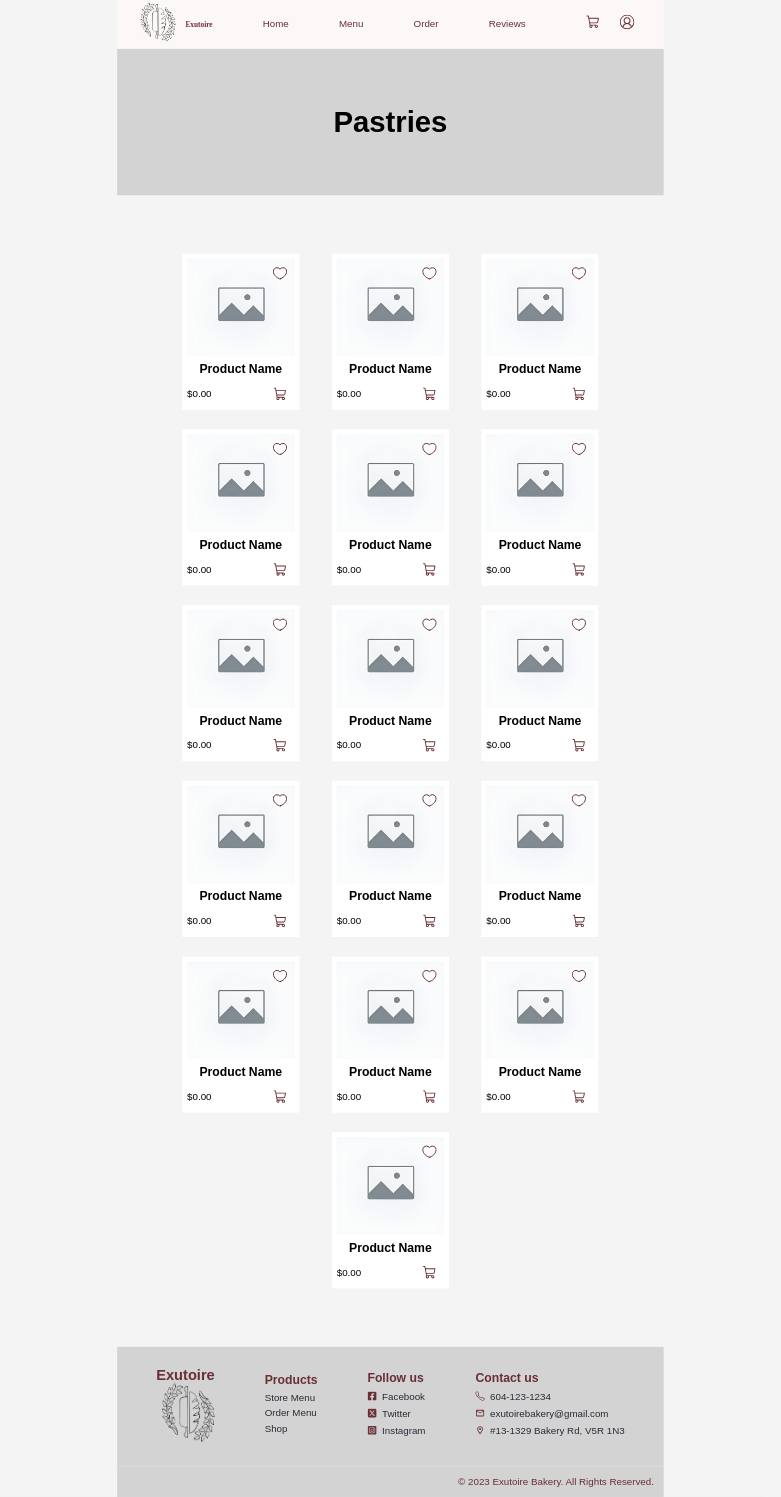
Repository: MelissaJacobi/COMP3170-final-proj
Page: /menu/seasonal
An editor plug-in stored every save of this project. The page is shown before and after the next save, followed by the edit.
The browser window is 1280 px wide. The pictures show the whole page, at 61% of full size.
The project was rebuilt for these pictures with package versions that can differ from the ones it lists, and the page was loaded fresh each time. Also part of the build but not shown: vite.config.js, src/pages/ShoppingCart.module.css, src/components/ShoppingCartCard.module.css, src/components/ShoppingCartCard.jsx, src/components/OrderTotal.jsx, src/pages/ShoppingCart.jsx, src/pages/Profile.module.css, src/pages/Profile.jsx and 35 more.

Above is the page before, as saved 2024-11-11 11:26:50.

After the next save:
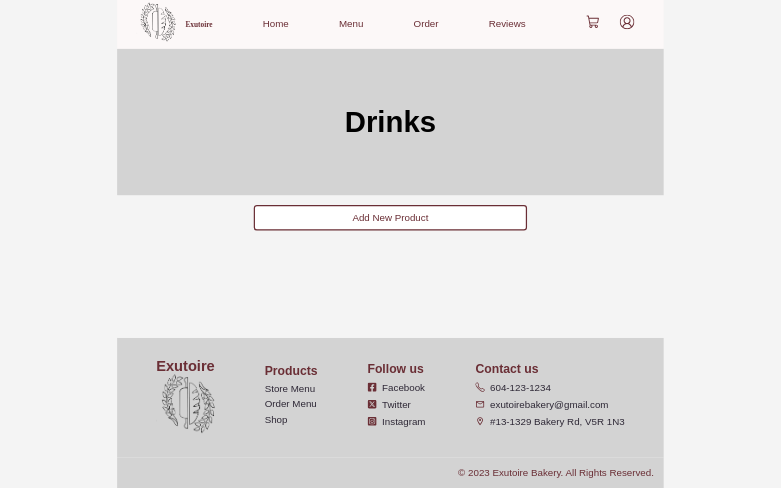
Saved 4 min 26 s later.
--- a/src/pages/Seasonal.jsx
+++ b/src/pages/Seasonal.jsx
@@ -1,31 +1,104 @@
+import { useState, useEffect } from "react";
 import Product from "../components/Product";
-import styles from "./Bread.module.css"
+import styles from "./Bread.module.css";
 
 export default function Seasonal() {
-    return (
-      <div className={styles.container}>
-        <div className={styles.banner}>
-            <h1>Pastries</h1>
-        </div>
-        <div className={styles.products}>
-            <Product />
-            <Product />
-            <Product />
-            <Product />
-            <Product />
-            <Product />
-            <Product />
-            <Product />
-            <Product />
-            <Product />
-            <Product />
-            <Product />
-            <Product />
-            <Product />
-            <Product />
-            <Product />
-        </div>
+  const [products, setProducts] = useState([]);
+  const [productName, setProductName] = useState("");
+  const [productPrice, setProductPrice] = useState("");
+  const [productDescription, setProductDescription] = useState("");
+  const [productImageUrl, setProductImageUrl] = useState("");
+  const [showForm, setShowForm] = useState(false);
 
+  // Load drinks products from localStorage on component mount
+  useEffect(() => {
+    const storedProducts = localStorage.getItem("seasonalProducts");
+    if (storedProducts) {
+      setProducts(JSON.parse(storedProducts));
+    }
+  }, []);
+
+  const handleAddProduct = (e) => {
+    e.preventDefault();
+    if (productName.trim() && productPrice.trim() && productDescription.trim() && productImageUrl.trim()) {
+      const newProduct = {
+        name: productName,
+        price: productPrice,
+        description: productDescription,
+        imageUrl: productImageUrl
+      };
+
+      const updatedProducts = [...products, newProduct];
+      setProducts(updatedProducts);
+
+      // Save to localStorage with the unique "drinksProducts" key
+      localStorage.setItem("seasonalProducts", JSON.stringify(updatedProducts));
+
+      setProductName("");
+      setProductPrice("");
+      setProductDescription("");
+      setProductImageUrl("");
+    }
+  };
+
+  const toggleFormVisibility = () => {
+    setShowForm((prevShowForm) => !prevShowForm);
+  };
+
+  return (
+    <div className={styles.container}>
+      <div className={styles.banner}>
+        <h1>Drinks</h1>
       </div>
-    );
-  }
+
+      <button onClick={toggleFormVisibility} className={styles.toggleFormButton}>
+        {showForm ? "Hide Form" : "Add New Product"}
+      </button>
+
+      {showForm && (
+        <form onSubmit={handleAddProduct} className={styles.addProductForm}>
+          <input
+            type="text"
+            value={productName}
+            onChange={(e) => setProductName(e.target.value)}
+            placeholder="Enter product name"
+            className={styles.productInput}
+          />
+          <input
+            type="text"
+            value={productPrice}
+            onChange={(e) => setProductPrice(e.target.value)}
+            placeholder="Enter product price"
+            className={styles.productInput}
+          />
+          <input
+            type="text"
+            value={productImageUrl}
+            onChange={(e) => setProductImageUrl(e.target.value)}
+            placeholder="Enter image URL"
+            className={styles.productInput}
+          />
+          <textarea
+            value={productDescription}
+            onChange={(e) => setProductDescription(e.target.value)}
+            placeholder="Enter product description"
+            className={styles.productInput}
+          />
+          <button type="submit" className={styles.addButton}>Add Product</button>
+        </form>
+      )}
+
+      <div className={styles.products}>
+        {products.map((product, index) => (
+          <Product
+            key={index}
+            name={product.name}
+            price={product.price}
+            description={product.description}
+            imageUrl={product.imageUrl}
+          />
+        ))}
+      </div>
+    </div>
+  );
+}
